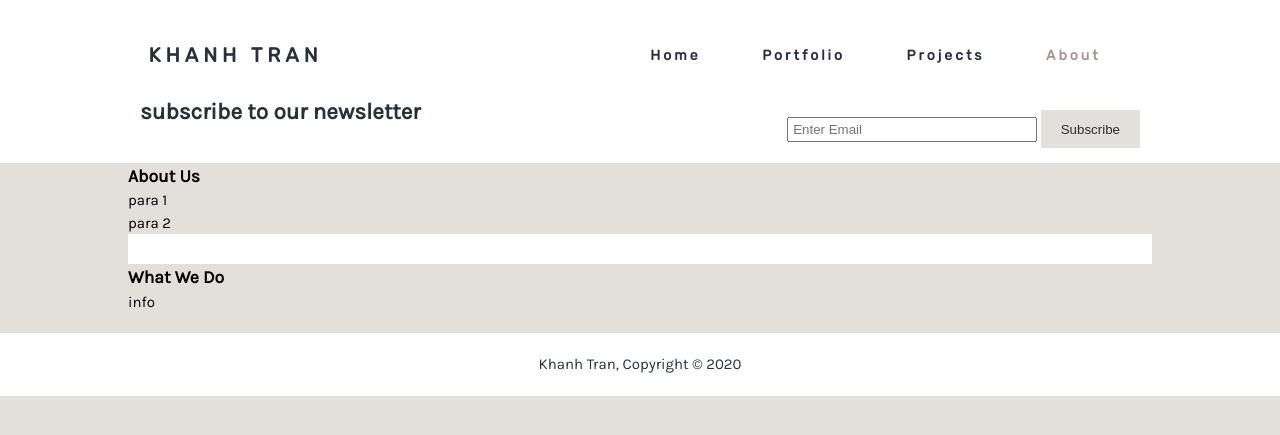
Repository: KTPo/KTPo.github.io
Page: about.html
The author's editor kept a record of every edit. The page is drawn from the files as they stood at one moment, then again after the next edit.
The browser window is 1280 px wide. The pictures show the whole page.

Above is the page before.

### about.html
<!DOCTYPE html>
<html>
    <head>
        <title>About | Khanh's Webpage</title>
        <link rel='icon' href='./previewImages/puzzle.png' type='image/x-icon'/ >
        <link href="https://fonts.googleapis.com/css2?family=Rubik&display=swap" rel="stylesheet">
        <link href="https://fonts.googleapis.com/css2?family=Karla&display=swap" rel="stylesheet">
        <link rel="stylesheet" type="text/css" href="style.css">

        <meta name = "viewport" content = "width=device-width">
        <meta name="description" content="Personal Website">
        <meta name="keywords" content="khanhtran, khanhtranCV">
        <meta name="author" content="Khanh Tran">




    </head>
    <body>
        <header>
            <nav>
                <div class = "logo">
                    <h4><a href = "index.html">Khanh Tran</a></h4>
                </div>
                <ul class = "nav-links">
                    <li><a href = "index.html">Home</a></li>
                    <li><a href = "portfolio.html">Portfolio</a></li>
                    <li><a href = "projects.html">Projects</a></li>
                    <li class = "active"><a href = "about.html">About</a></li>
                </ul>
                <div class = "burger">
                    <div class = "line1"></div>
                    <div class = "line2"></div>
                    <div class = "line3"></div>
                </div>

            </nav>

        </header>
        <script src = "app.js" type='text/javascript'></script>


        <section id = "newsletter">
            <div class = "container">
                <h1>subscribe to our newsletter</h1>
                <form>
                    <input type = "email" placeholder = "Enter Email">
                    <button type = "submit" class = "button_1">Subscribe</button>
                </form>
            </div>
        </section>

        <section id = "main">
            <div class = "container">
                <article id = "main-col">
                    <h1 class = "page-title">About Us</h1>
                    <p>para 1</p>
                    <p>para 2</p>
                </article>

                <aside id = "sidebar">
                    <div class = "dark"></div>
                        <h3>What We Do</h3>
                        <p>info</p>
                    </div>
                </aside>
            </div>
        </section>

        <footer>
            <p>Khanh Tran, Copyright &copy; 2020</p>
        </footer>


    </body>
</html>



<!--- add sticky bar for music???? --->

### style.css
*{
    margin:0px;
    padding:0px;
    box-sizing:border-box;
}
/* nav bar */
body{
    background-color:#e3dfdb;
    font:15px/1.5 'Karla',sans-serif;
}
nav{
    display:flex;
    justify-content:space-around;
    align-items:center;
    min-height:8vh;
    font-family: 'Rubik', sans-serif;
    background-color:#ffffff;/*#e3dfdb*/

    padding-top:40px;
    padding-bottom:10px;


}

.logo{
    text-transform: uppercase;
    letter-spacing:5px;
    font-size:20px;
}

.logo a{
   color:#273138;
   text-decoration:none;
}

.nav-links{
    display:flex;
    justify-content:space-around;
    width:40%;
}

.nav-links li{
    list-style:none;
}

.nav-links .active a{
    color:#a39990;
    font-weight:bold;
}
.nav-links a{
    color:#273138;
    text-decoration:none;
    letter-spacing:3px;
    font-weight:bold;
    font-size:14px;
}
.nav-links .active a:hover{
    color:#c7b9ad;
    text-decoration:underline;
}
.nav-links a:hover{
    color:#555c61;
    text-decoration:underline;
}

a #active{
    color:white;
}

.burger{
    display:none;
    cursor:pointer;
}

.burger div{
    width:30px;
    height: 3px;
    background-color:#273138;
    margin:5px;
    transition:all 0.3s ease;
}

@media screen and (max-width:1024px){
    .nav-links{
        display:flex;
        justify-content:space-around;
        width:60%;
    }
}

@media screen and (max-width:768px){
    body{
        overflow-x:hidden;
    }
    .nav-links{
        position: absolute;
        right:0px;
        height:92vh;
        top:8vh;
        background-color:#ffffff;
        align-items:center;
        display:flex;
        flex-direction:column;
        width:50%;
        transform:translateX(100%);
        transition: 0.5s ease-in;

        padding-top:35px;
        /*padding-left:5px;
        padding-right:5px;*/


    }
    .nav-links li{
        opacity:0;
    }
    .burger{
        display:block;
    }
}

.nav-active{
    transform:translateX(0%);
}

@keyframes navLinkFade{
    from{
        opacity:0;
        transform:translateX(50px);
    }
    to{
        opacity:1;
        transform:translateX(0px);
    }
}

.toggle .line1{
    transform:rotate(-45deg) translate(-5px,6px);
}
.toggle .line2{
    opacity:0;
}
.toggle .line3{
    transform:rotate(45deg) translate(-5px,-6px);
}

/* end nav bar*/

/*Global*/
.container{
    width:80%;
    margin:auto;
    overflow:hidden;
}

.button_1{
    height:38px;
    background:#e3dfdb;
    border:none;
    padding-left:20px;
    padding-right:20px;
    color:#273138;
}

.dark{
    padding:15px;
    background:#ffffff;
    color:#273138;
}
/* Showcase */

#showcase{
    min-height:400px;
    background:url('./previewImages/alaska.png') no-repeat ;
    text-align:center;
    color:#ffffff;

}

#showcase h1{
    margin-top:100px;
    font-size:55px;
    margin-bottom:10px;
}

#showcase p{
    font-size:20px;
}

#newsletter{
    padding:15px;
    color:#273138;
    background:#ffffff;
}

#newsletter h1{
    float:left;
}

#newsletter form{
    float:right;
    margin-top:15px;
}

#newsletter input[type="email"]{
    padding:4px;
    height:25px;
    width:250px;
}

#boxes{
    margin-top:20px;
}

#boxes .box{
    float:left;
    width:30%;
    padding:10px;
    text-align:center;

}

#boxes .box img{
    width:90px;
}

footer{
    padding:20px;
    margin-top:20px;
    color:#273138;
    background-color:#ffffff;
    text-align:center;
}

/*side bar*/

aside #sidebar{
    float:right;
    width:30%;
    margin-top:10px;
}

/*main column*/
article #main-col{
    float:left;
    width:65%;
}

### app.js
const navSlide = () => {
    const burger = document.querySelector(`.burger`);
    const nav = document.querySelector(`.nav-links`);
    const navLinks = document.querySelectorAll(`.nav-links li`);

    burger.addEventListener(`click`,()=>{
        nav.classList.toggle(`nav-active`);

        navLinks.forEach((link,index)=>{
            if(link.style.animation){
                link.style.animation = ''
            } else{
                link.style.animation = `navLinkFade 0.5s ease forwards ${index/7 + 0.3}s`;
            }
        });
        //Burger Animation
        burger.classList.toggle('toggle');
    });
}

navSlide();

After the next edit:
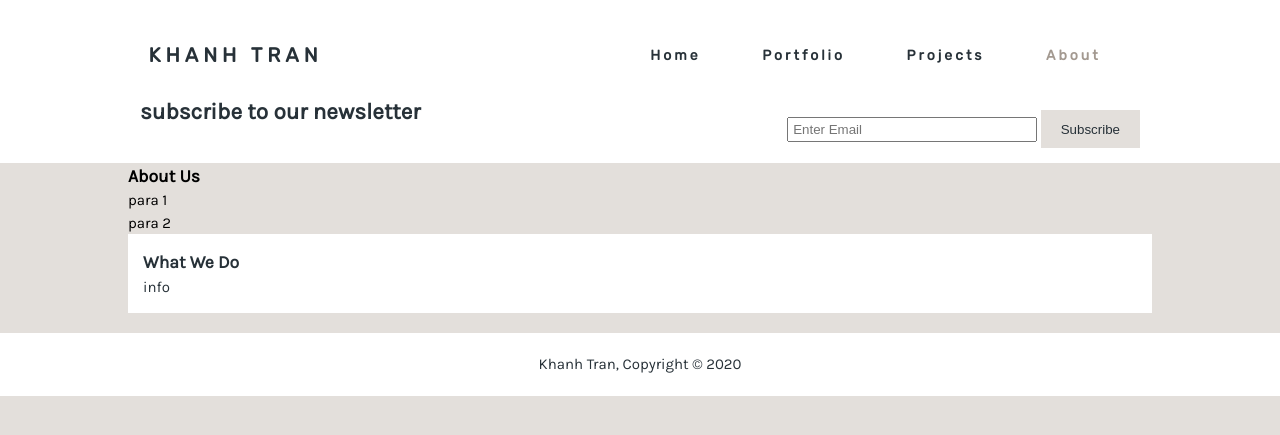
The edit:
--- a/about.html
+++ b/about.html
@@ -59,7 +59,7 @@
                 </article>
 
                 <aside id = "sidebar">
-                    <div class = "dark"></div>
+                    <div class = "dark">
                         <h3>What We Do</h3>
                         <p>info</p>
                     </div>
